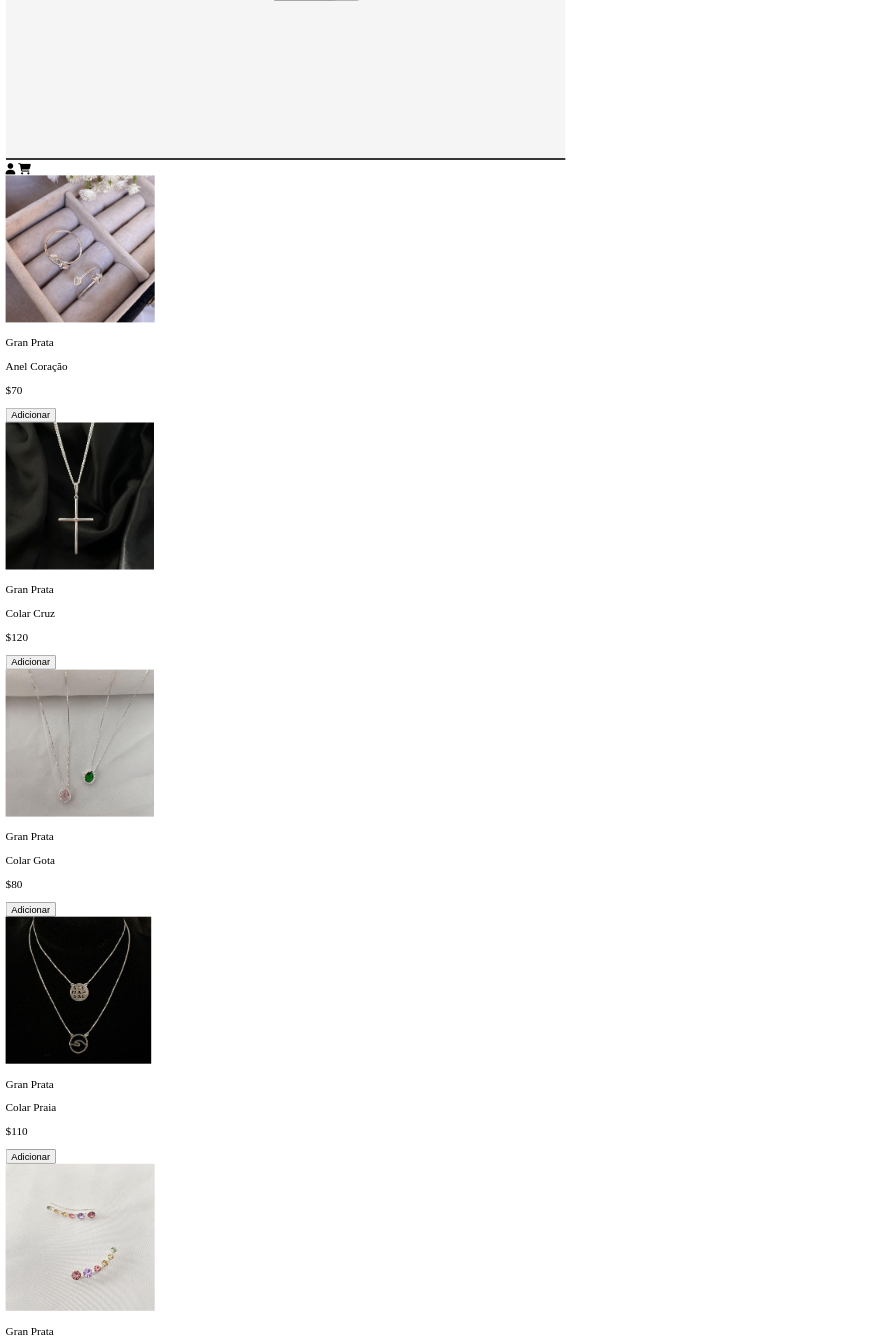
Repository: SamidCosta/Magazine-Hashtag
Page: index.html
An editor plug-in stored every save of this project. The page is shown before and after the next save, followed by the edit.
The browser window is 1280 px wide. The pictures show the part of the page from y = 822 to 2742 px (the page is 3198 px tall before and 1080 px after), at 70% of full size.

Above is the page before, as saved 2023-08-31 16:29:04.

### index.html
<!DOCTYPE html>
<html lang="en">
<head>
  <meta charset="UTF-8">
  <meta name="viewport" content="width=device-width, initial-scale=1.0">
  <title>Document</title>
  <link rel="stylesheet" href="./style.css">
  <link rel="stylesheet" href="https://cdnjs.cloudflare.com/ajax/libs/font-awesome/6.4.2/css/all.min.css"
  integrity="sha512-z3gLpd7yknf1YoNbCzqRKc4qyor8gaKU1qmn+CShxbuBusANI9QpRohGBreCFkKxLhei6S9CQXFEbbKuqLg0DA=="
  crossorigin="anonymous" referrerpolicy="no-referrer" />

</head>
<body>
  <section id="carrinho" class="fixed top-0 right-[-360px]
  bg-slate-500 h-screen w-[360px] text-slate-200">
    <div id="cabecalho-carrinho" class="flex justify-between m-4">
      <p>Meu Carrinho</p>
       <button id="fechar-carrinho">
       <i class="fa-solid fa-circle-xmark">

       </i>
       </button>
  </div>
  <section id ="produtos-carrinho">
    <p>anel coração</p>
    <p>colar cruz</p>
    <p>presilha prata</p>
  </section>
  <p id="Preco-total">$240</p>
  <button class="bg-slate-600 text-slate-200 p-1">Finalizar Compra</button>
</section>
    <header class="flex bg-slate-500 p-2 justify-between">
      <img
       class='h-16'
       src="./assets/logo/Granprata.svg"
       alt="Logo Granprata"
       />
       <div class="text-slate-200 flex gap-2 items-end mx-2">
        <buttom><i class="fa-solid fa-user"></i></buttom>
       <buttom><i class="fa-solid fa-cart-shopping"></i></buttom>
       </div>

    </header>
    <main>
      <section id="container-produto" class="flex flex-wrap"></section>
    </main>
    <script src="./main.js"></script>
</body>
</html>

### main.js
// const nomeProduto = "Anel de Coração";
// const marca = "Gran Prata";
// const preco = 70;
// const nomeArquivoImagem = "product-1.png"
//_________________________________________

const catalogo = [{
    id: 1,
    nome: 'Anel Coração',
    marca: 'Gran Prata',
    preco: 70,
    nomeArquivoImagem: "product-1.png",
  },{
    id: 2,
    nome: 'Colar Cruz',
    marca: 'Gran Prata',
    preco: 120,
    nomeArquivoImagem: "product-2.png",
   },{
    id: 3,
    nome: 'Colar Gota',
    marca: 'Gran Prata',
    preco: 80,
    nomeArquivoImagem: "product-3.png",
  },{
    id: 4,
    nome: 'Colar Praia',
    marca: 'Gran Prata',
    preco: 110,
    nomeArquivoImagem: "product-4.png",
   },{
    id: 5,
    nome: 'Presilha Prata',
    marca: 'Gran Prata',
    preco: 50,
    nomeArquivoImagem: "product-5.png",
  },{
    id: 6,
    nome: 'Corrente Masculina',
    marca: 'Gran Prata',
    preco: 130,
    nomeArquivoImagem: "product-6.png",
   }]

 for (const produtoCatalogo of catalogo){
    const cartaoProduto = `<div class ='border-solid border-2 border-sky-500 w-48 m-2 '
    id="card-produto-${produtoCatalogo.id}">
    <img
    src="./assets/img/${produtoCatalogo.nomeArquivoImagem}"
    alt="Produto 1 do magazine hashtag."
    style="height: 210px;"
    />
    <p class = "marca">${produtoCatalogo.marca}</p>
    <p>${produtoCatalogo.nome}</p>
    <p>$${produtoCatalogo.preco}</p>
    <button>Adicionar</button>
    </div>`;

    document.getElementById("container-produto").innerHTML += cartaoProduto;
 }

Loaded but not shown: style.css (common file)

After the next save:
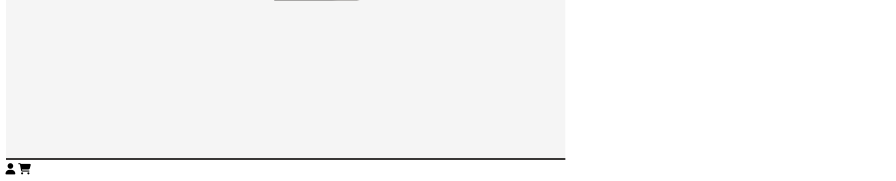
Console error: SyntaxError: Cannot use import statement outside a module
Saved 3 min 11 s later.
--- a/main.js
+++ b/main.js
@@ -4,6 +4,7 @@
 // const nomeArquivoImagem = "product-1.png"
 //_________________________________________
 
+ import { inicializarCarrinho } from "./src/menucarrinho";
 const catalogo = [{
     id: 1,
     nome: 'Anel Coração',
